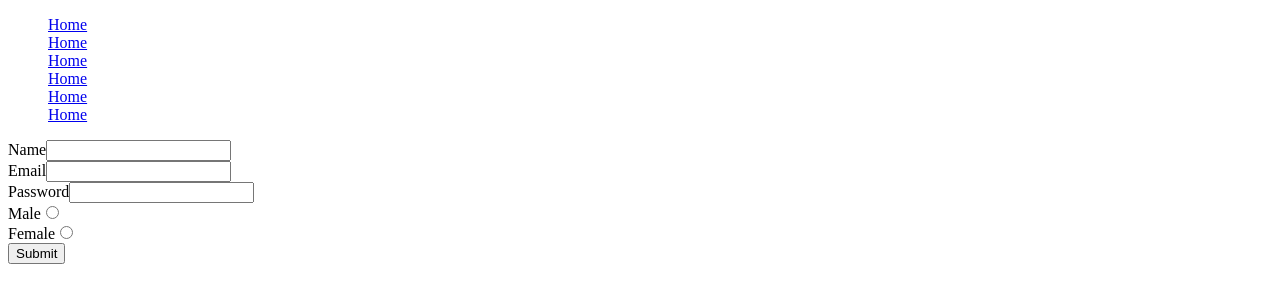
Repository: Naynsh2904/Advance_Java
Page: http://localhost/createForm/NewFile.jsp
An editor plug-in stored every save of this project. The page is shown before and after the next save, followed by the edit.
The browser window is 1280 px wide. The pictures show the whole page.
The page is served by Tomcat 9.

Above is the page before, as saved 2025-01-31 09:50:05.

### createForm/src/main/webapp/NewFile.jsp
<%@ page language="java" contentType="text/html; charset=UTF-8"
	pageEncoding="UTF-8"%>
<!DOCTYPE html>
<html>
<head>
<meta charset="UTF-8">
<title>Document</title>
<style >
	li{
    list-style: none;
  }
</style>
</head>

<body>
	<div>

		<nav>
			<ul>
				<li><a href="#">Home</a></li>
				<li><a href="#">Home</a></li>
				<li><a href="#">Home</a></li>
				<li><a href="#">Home</a></li>
				<li><a href="#">Home</a></li>
				<li><a href="#">Home</a></li>
			</ul>
		</nav>
		<form action="#" method="get">
			Name<input type="text" name="name" value="" /><br> Email<input
				type="email" name="email" value="" /><br> Password<input
				type="password" name="password" value="" /><br> Male<input
				type="radio" name="gender" value="male" /><br> Female<input
				type="radio" name="gender" value="female" /><br>
			<div>
				<button type="submit" name="btn">Submit</button>
			</div>
		</form>
		<%
		if (request.getParameter("btn") != null) {
			String Name = request.getParameter("name");
			String Email = request.getParameter("email");
			String Pass = request.getParameter("password");
			String Gender = request.getParameter("gender");

			out.print("Name " + Name + " " + "Email: " + Email + " " + "Pass: " + Pass + " " + " Gender " + Gender);
		%>
		<h1>Name :<%=Name%></h1>
		<h1>Email : <%=Email%></h1>
		<h1>Pass :<%=Pass%></h1>
		<h1>Gender :<%=Gender%></h1>
		<script>
			alert("successfully Done !! ")
		</script>
		<%
		}
		%>
	</div>
</body>
</html>

After the next save:
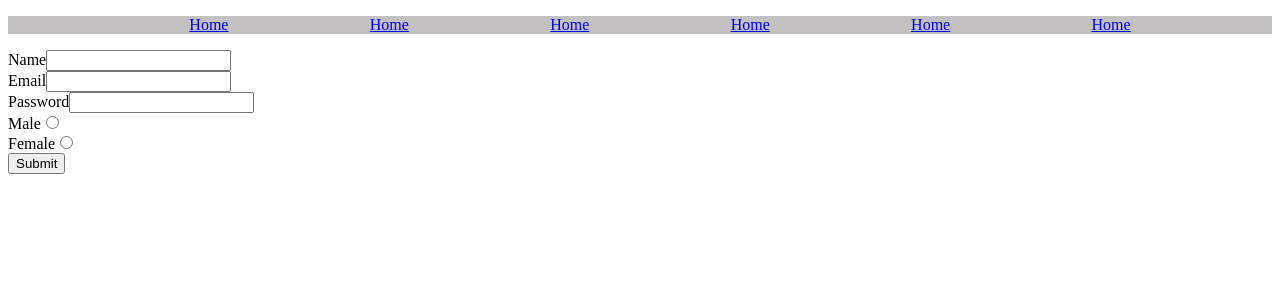
Saved 70 s later.
--- a/createForm/src/main/webapp/NewFile.jsp
+++ b/createForm/src/main/webapp/NewFile.jsp
@@ -8,6 +8,11 @@
 <style >
 	li{
     list-style: none;
+  }
+  ul {
+    background-color: #c3c1c1;
+    display: flex;
+    justify-content: space-evenly;
   }
 </style>
 </head>
